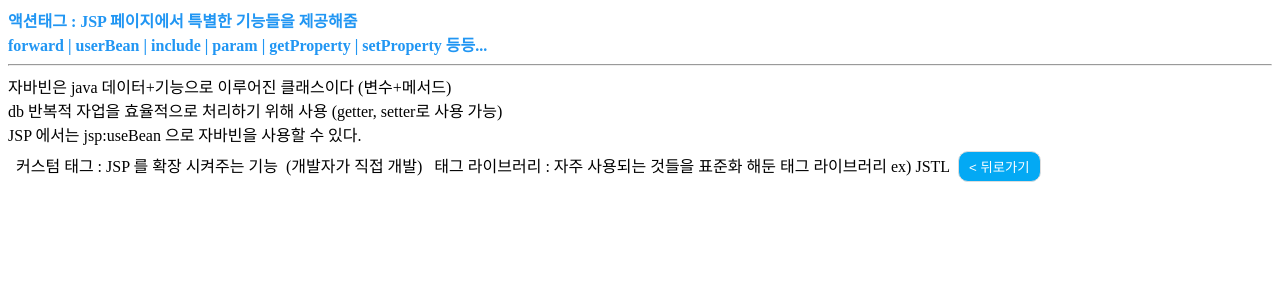
Repository: hyejux/JSP_STUDY
Page: http://localhost/JSPPractice2/JSP_ex5.jsp
An editor plug-in stored every save of this project. The page is shown before and after the next save, followed by the edit.
The browser window is 1280 px wide. The pictures show the whole page.
The page is served by Tomcat 9. Other server files are loaded and not shown.

Above is the page before, as saved 2025-01-07 16:49:32.

### JSPPractice2/src/main/webapp/JSP_ex5.jsp
<%@ page language="java" contentType="text/html; charset=UTF-8"
    pageEncoding="UTF-8"%>
<!DOCTYPE html>
<html>
<head>
<meta charset="UTF-8">
<title> 액션 태그 소개 </title>
<link rel="stylesheet" type="text/css" href="css/style.css"> </link>
</head>
<body>

	<div class="info">
		<div> 액션태그 : JSP 페이지에서 특별한 기능들을 제공해줌  </div>
		<div> forward | userBean | include | param | getProperty | setProperty 등등... </div>
	</div>

	<div class="point">  </div>
	<%-- <jsp:forward page="index.jsp"/> --%>

	<hr>
	<div>
		<div> 자바빈은 java 데이터+기능으로 이루어진 클래스이다 (변수+메서드) </div>
		<div> db 반복적 자업을 효율적으로 처리하기 위해 사용 (getter, setter로 사용 가능) </div>
		<div> JSP 에서는 jsp:useBean 으로 자바빈을 사용할 수 있다.</div>
	</div>



커스텀 태그 : JSP 를 확장 시켜주는 기능  (개발자가 직접 개발)

태그 라이브러리 : 자주 사용되는 것들을 표준화 해둔 태그 라이브러리 ex) JSTL

<button type="button" class="btn1"  onclick = "location.href='index.jsp'"> < 뒤로가기 </button>
</body>
</html>

### JSPPractice2/src/main/webapp/css/style.css
.info{
	color : #2196f3;
	font-weight: bold;
}

.btn1 {
	border: 1px solid #ddd;
    color: #ffffff;
    border-radius: 10px;
    padding: 5px 10px;
    background: #03A9F4;
    margin-top: 5px;
}

.point {
	color : red;
}

After the next save:
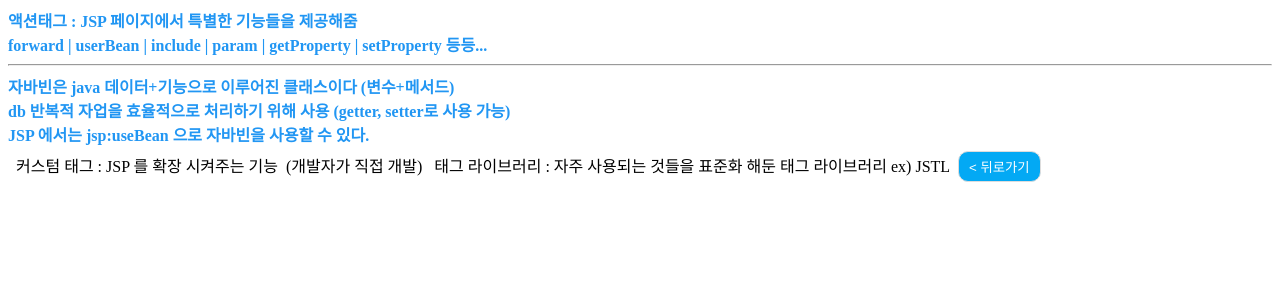
Saved 11 s later.
--- a/JSPPractice2/src/main/webapp/JSP_ex5.jsp
+++ b/JSPPractice2/src/main/webapp/JSP_ex5.jsp
@@ -18,7 +18,7 @@
 	<%-- <jsp:forward page="index.jsp"/> --%>
 
 	<hr>
-	<div>
+	<div class="info">
 		<div> 자바빈은 java 데이터+기능으로 이루어진 클래스이다 (변수+메서드) </div>
 		<div> db 반복적 자업을 효율적으로 처리하기 위해 사용 (getter, setter로 사용 가능) </div>
 		<div> JSP 에서는 jsp:useBean 으로 자바빈을 사용할 수 있다.</div>
